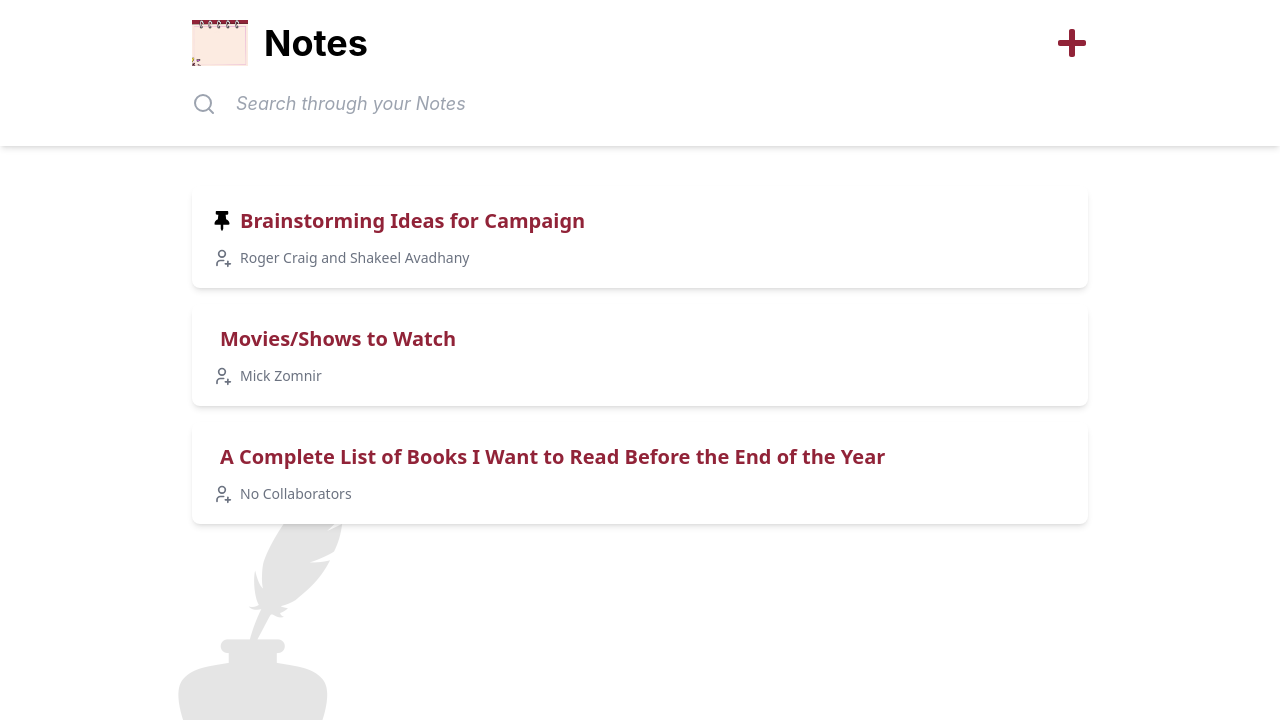
Repository: shabiasaeed/Notes-app
Page: /
An editor plug-in stored every save of this project. The page is shown before and after the next save, followed by the edit.
The browser window is 1280 px wide. The pictures show the whole page.
The project was rebuilt for these pictures with package versions that can differ from the ones it lists, and the page was loaded fresh each time. Also part of the build but not shown: src/components/CreateNote.js, src/App.css.

Above is the page before, as saved 2025-01-05 20:21:20.

### src/App.js
import React, { useState } from 'react';
import Header from './components/Header';
import Note from './components/Note';
import './App.css';
import backgroundInk from './assets/ink-background-element.png';

//Component to handle the rendering of the header and note compnents
function App() {
  // Displaying few static notes
  const [notes, notesList] = useState([
    {
      title: "Brainstorming Ideas for Campaign",
      author: "Roger Craig and Shakeel Avadhany",
      date: "2 mins ago",
      pinned: true
    },
    {
      title: "Movies/Shows to Watch",
      author: "Mick Zomnir",
      date: "yesterday",
      pinned: false
    },
    {
      title: "A Complete List of Books I Want to Read Before the End of the Year",
      author: "No Collaborators",
      date: "a week ago",
      pinned: false
    }
]);

  function handleCreate(newNote){
    notesList([...notes, newNote])
  }

  function handleDelete(title){
    notesList(notes.filter( note => note.title !== title))
  }

  function handlePinToggle(title){
    notesList(prevNotes => prevNotes.map(note => note.title === title ? { ...note, pinned: !note.pinned } : note));
  };

  // Search state
  const [searchNotes, setSearchNotes] = useState('');

  // Filter notes based on search
  const filteredNotes = notes.filter(note => note.title.toLowerCase().includes(searchNotes.toLowerCase()));

  // Pinned notes to appear at the top
  const sortedNotes = filteredNotes.sort((a, b) => b.pinned - a.pinned);

  return (
    <div>
      <Header setSearchNotes={setSearchNotes} onAddNote={handleCreate}/>
      <main className="p-2 relative flex flex-col items-center font-sans">
        <img src={backgroundInk} alt="Ink Element" className="fixed top-2/3 right-2/3 transform -translate-x-1/2 z-[-1] w-26"/>
        <div className="w-full max-w-4xl mt-8 grid grid-cols-1 gap-4">
          {sortedNotes.map((note, index) => (
            <Note key={index} title={note.title} author={note.author} time={note.time} pinned={note.pinned} onDelete={handleDelete} onPinToggle={handlePinToggle}/>
          ))}
        </div>
      </main>
    </div>
  );
}

export default App;

### src/components/Header.js
import React, { useState } from 'react';
import Logo from '../assets/Logo.png';
import { FiSearch } from 'react-icons/fi';
import { FaPlus } from 'react-icons/fa';
import CreateNote from './CreateNote';


// Component to handle the display of the application's header section
const Header = ({ setSearchNotes, onAddNote }) => {
  const [isModalOpen, setIsModalOpen] = useState(false);

  return (
    <header className="p-5 bg-white flex flex-col items-center shadow-md">
      <div className="flex items-center justify-between w-full max-w-4xl">
        <div className="flex items-center">
          <img src={Logo} alt="Logo" className="w-14 h-auto"/>
          <h1 className="text-4xl font-bold text-black ml-4">Notes</h1>
        </div>
        <FaPlus className="w-8 h-8 cursor-pointer text-[#912338] " onClick={() => setIsModalOpen(true)}/>
      </div>
      <div className="flex items-center w-full max-w-4xl mt-4">
        <FiSearch className="w-6 h-6 text-gray-400 mr-3" />
        <input type="text" placeholder="Search through your Notes" className="flex-grow border-none outline-none p-2 text-lg italic placeholder-gray-400" onChange={(e) => setSearchNotes(e.target.value)}/>
      </div>
      <CreateNote isOpen={isModalOpen} onClose={() => setIsModalOpen(false)} onSave={onAddNote}/>
    </header>
  );
};

export default Header;

### src/components/Note.js
import React, { useState } from 'react';
import { FiTrash } from 'react-icons/fi';
import { FaThumbtack } from 'react-icons/fa';
import { TbPinned } from 'react-icons/tb';
import { TbUserPlus } from 'react-icons/tb';

//Component to handle the display of the note's section
const Note = ({ title, author, date, pinned, onDelete, onPinToggle }) => {
  const [isHovered, setIsHovered] = useState(false); //State for checking whether the note is hovered


  return (
    <div className="p-5 rounded-lg bg-white shadow-md hover:shadow-lg flex flex-col gap-2 cursor-pointer w-full" onMouseEnter={() => setIsHovered(true)} onMouseLeave={() => setIsHovered(false)}>
      <div className="flex items-center justify-between">
        <div className="flex items-center">
          {pinned ? <FaThumbtack className="w-5 h-5 cursor-pointer" onClick={() => onPinToggle(title)} /> : isHovered && <TbPinned className="w-5 h-5 cursor-pointer" onClick={() => onPinToggle(title)} />}
          <h2 className="ml-2 font-bold text-[20px] text-[#912338]">{title}</h2>
        </div>
        {isHovered && <FiTrash className="w-5 h-5 cursor-pointer" onClick={() => onDelete(title)} />}
      </div>
      <div className="flex items-center gap-2 text-sm text-gray-500 pt-1">
        <TbUserPlus className="w-5 h-5 cursor-pointer" />
        <p>{author}</p>
        <span className="ml-auto">{date}</span>
      </div>
    </div>
  );
};

export default Note;

Loaded but not shown: public/index.html (common file); src/index.js (common file); src/index.css (common file); src/reportWebVitals.js (common file); tailwind.config.js (common file)

After the next save:
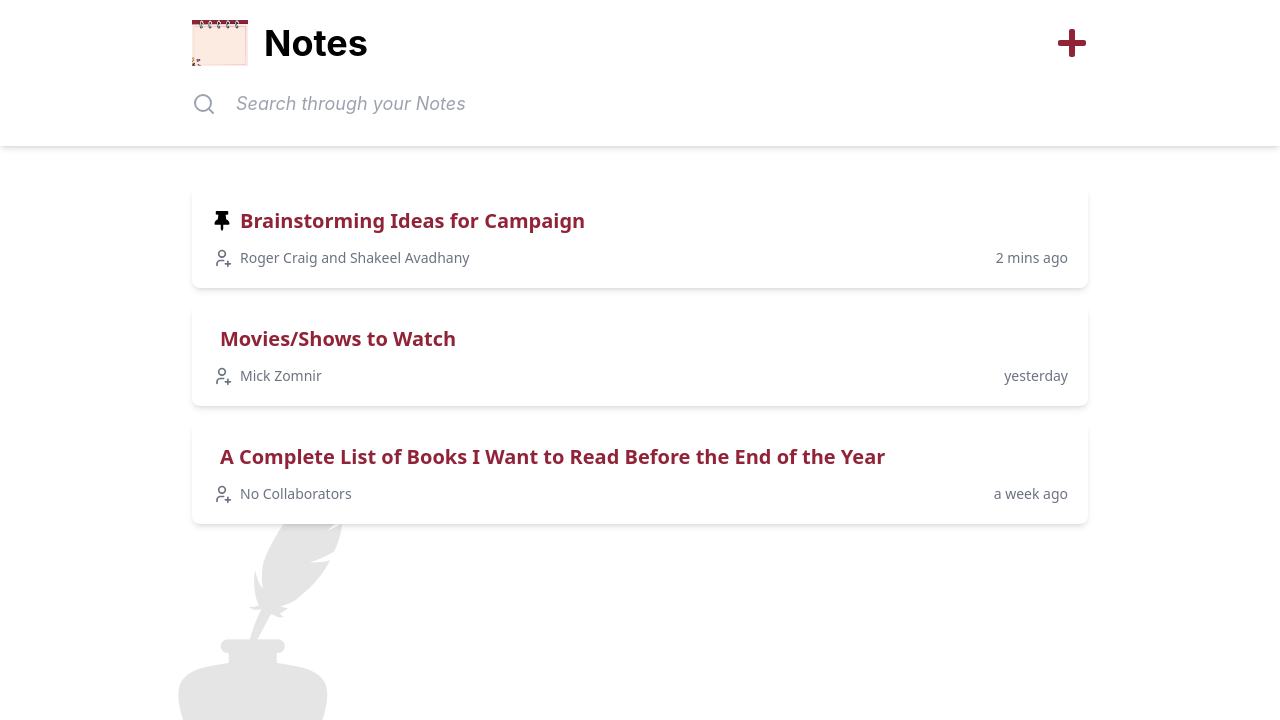
Saved 18 s later.
--- a/src/App.js
+++ b/src/App.js
@@ -56,7 +56,7 @@ function App() {
         <img src={backgroundInk} alt="Ink Element" className="fixed top-2/3 right-2/3 transform -translate-x-1/2 z-[-1] w-26"/>
         <div className="w-full max-w-4xl mt-8 grid grid-cols-1 gap-4">
           {sortedNotes.map((note, index) => (
-            <Note key={index} title={note.title} author={note.author} time={note.time} pinned={note.pinned} onDelete={handleDelete} onPinToggle={handlePinToggle}/>
+            <Note key={index} title={note.title} author={note.author} date={note.date} pinned={note.pinned} onDelete={handleDelete} onPinToggle={handlePinToggle}/>
           ))}
         </div>
       </main>
